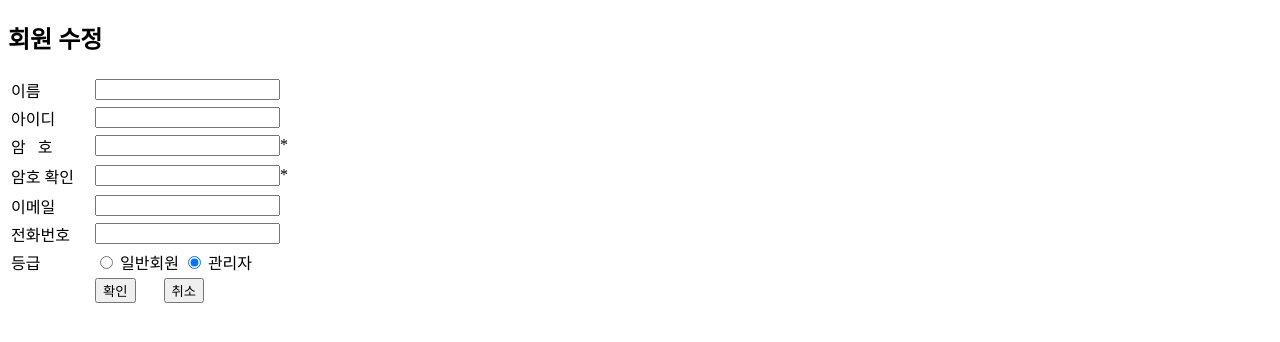
Repository: Yundanbi/Kyobo
Page: http://localhost/kyobo/memberUpdate.do
The author's editor kept a copy of each file at every save. The page is drawn from the files as they stood at one save, then again after the next save.
The browser window is 1280 px wide. The pictures show the whole page.
The page is served by Tomcat 9. Queries for data that is not in the repository find no rows.

Above is the page before, as saved 2025-06-16 06:10:07.

After the next save:
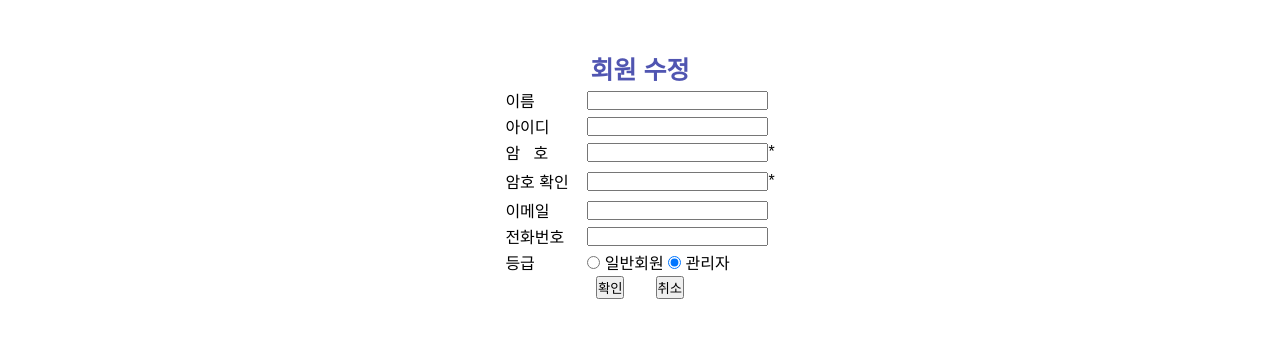
Saved 2 min 37 s later.
--- a/kyobo/src/main/webapp/member/memberUpdate.jsp
+++ b/kyobo/src/main/webapp/member/memberUpdate.jsp
@@ -4,6 +4,68 @@
 <!DOCTYPE html>
 <html>
 <head>
+  <style>
+       * {
+        margin: 0;
+        padding: 0;
+        box-sizing: border-box;
+      }
+      body {
+        font-family: sans-serif;
+        display: flex;
+        justify-content: center;
+        align-items: center;
+        background: #fff;
+        padding: 50px;
+        flex-direction: column;
+
+        transform-origin: top center;
+      }
+      .logo img {
+        height: 50px;
+        margin-bottom: 30px;
+        width: 170px;
+       }
+      h2 {
+      	font-size:25px;
+      	color:#5055b1;
+       }
+      p{
+      	font-size:12px;
+      	color:gray;
+      	margin-top:10px;
+      	margin-bottom:20px;
+      }
+      .inputbox {
+      	width: 250px;
+        height: 40px;
+        background-color: white;
+        border-radius: 7px;
+        border: 1px solid #5055b1;
+        font-size: 16px;
+        margin-top: 10px;
+        font-weight: bold;
+        padding-left: 10px;
+      }
+      td.tdbox {
+      	margin-bottom : 10px;
+      }
+      .checkbtn {
+      	background-color:white;
+      	border: 1px solid #d5d5d5;
+        border-radius: 2px;
+        padding:4px;
+      }
+      .btn {
+       border: 1px solid #d5d5d5;
+        border-radius: 2px;
+        width:50px;
+     	margin-top:20px;
+      }
+      td.radio {
+      	margin-top:30px;
+      }
+      </style>
 <meta charset="UTF-8">
 <title>Insert title here</title>
 <script type="text/javascript" src="script/member.js"></script>
